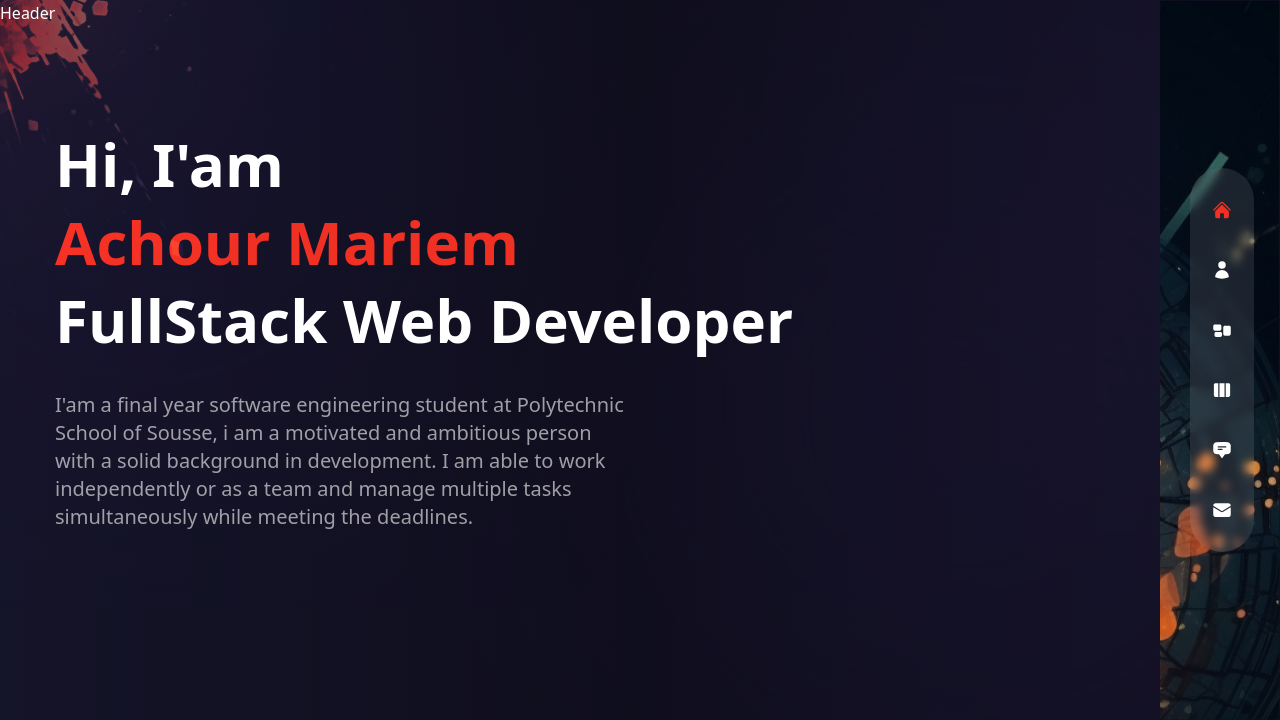
Repository: AchourMaryem/My-personal-portfolio
Page: /
An editor plug-in stored every save of this project. The page is shown before and after the next save, followed by the edit.
The browser window is 1280 px wide. The pictures show the whole page.
The project was rebuilt for these pictures with package versions that can differ from the ones it lists, and the page was loaded fresh each time. The framework's server and built-in components were replaced by stand-ins that run in the browser. Also part of the build but not shown: next.config.js, components/ParticlesContainer.js, components/ProjectsBtn.js, components/Avatar.js.

Above is the page before, as saved 2023-09-21 16:19:30.

After the next save:
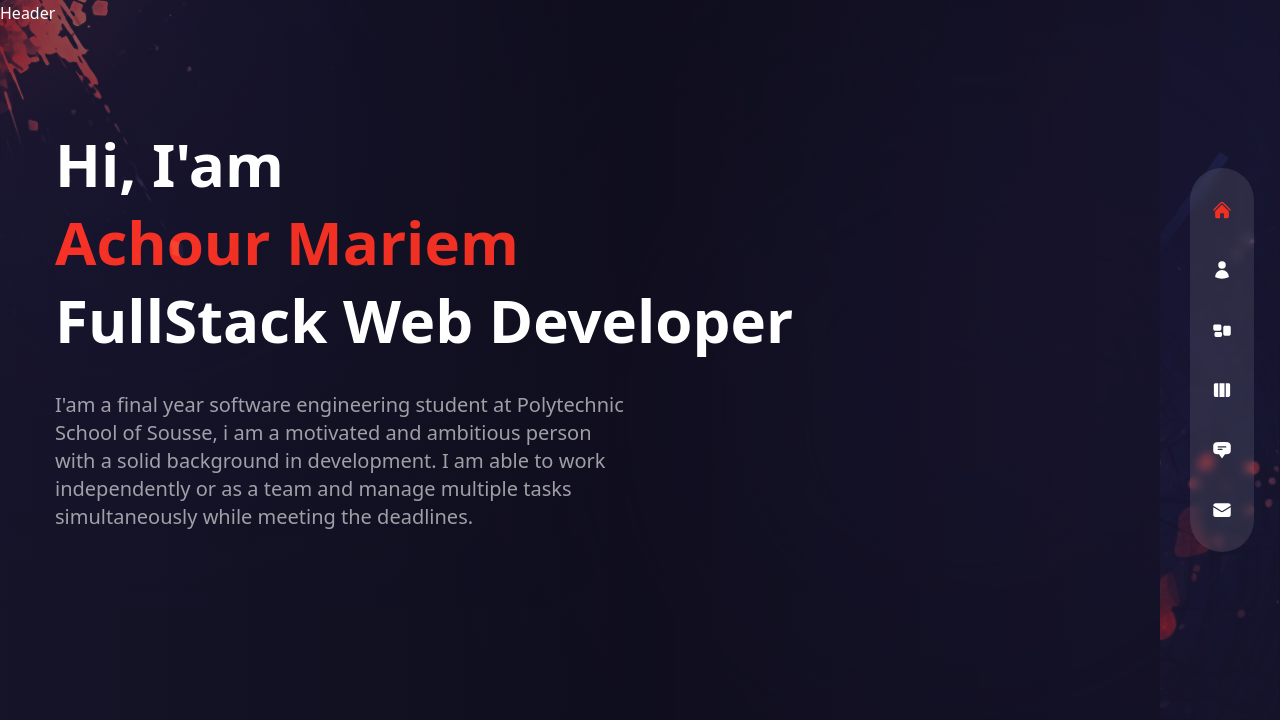
Saved 5 s later.
--- a/pages/index.js
+++ b/pages/index.js
@@ -26,7 +26,7 @@ const Home = () => {
       </div>
       {/* image */}
       <div className="w-[120px] h-full absolute right-0 bottom-0">
-        <div className="bg-none xl:bg-explosion xl:bg-cover xl:bg-right xl:bg-no-repeat w-full h-full absolute mix-blend-color-do"></div>
+        <div className="bg-none xl:bg-explosion xl:bg-cover xl:bg-right xl:bg-no-repeat w-full h-full absolute mix-blend-color-dodge tra"></div>
       </div>
     </div>
   );
